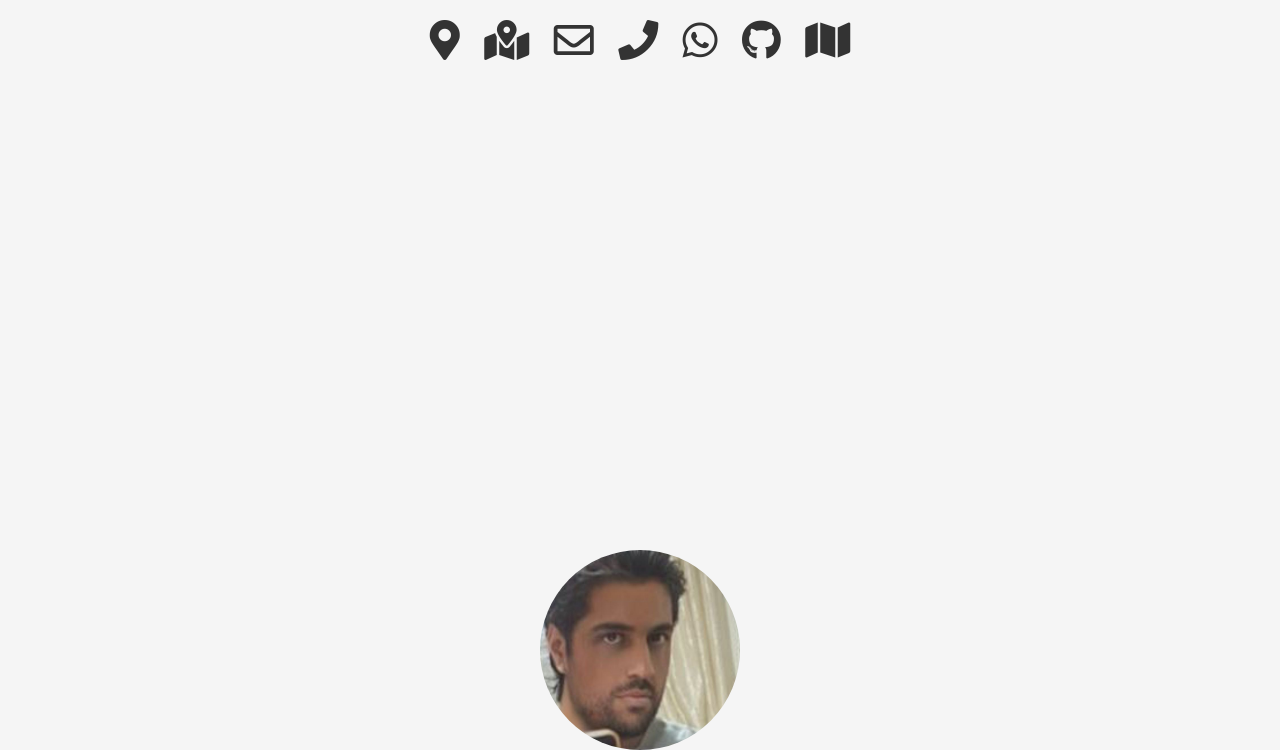
Repository: RL20/Business-Card
Page: index.html
These files come from the project's save history. The page is drawn as it stood at one moment and after the next save; the edit follows.
The browser window is 1280 px wide. The pictures show the whole page.

Above is the page before, as saved 2024-05-15 03:43:32.

### index.html
<!DOCTYPE html>
<html lang="en">
  <head>
    <meta charset="UTF-8" />
    <meta name="viewport" content="width=device-width, initial-scale=1.0" />
    <title>Contact Information</title>
    <link rel="stylesheet" href="https://cdnjs.cloudflare.com/ajax/libs/font-awesome/5.15.4/css/all.min.css" />
    <style>
      body {
        font-family: Arial, sans-serif;
        margin: 0;
        padding: 0;
        background-color: #f5f5f5;
        display: flex;
        flex-direction: column;
        align-items: center;
        /* justify-content: center; */
        justify-content: space-between;
        min-height: 100vh;
      }
      .icons {
        text-align: center;
        margin-top: 20px;
      }
      .icons i {
        font-size: 2.5rem;
        margin: 0 10px;
        color: #333;
        transition: color 0.3s;
      }
      .icons i:hover {
        color: gold;
      }
      .button-container {
        text-align: center;
        margin-bottom: 50px;
      }
      .button {
        background-color: #007bff;
        color: #fff;
        border: none;
        padding: 10px 20px;
        border-radius: 5px;
        cursor: pointer;
        font-size: 1rem;
        transition: background-color 0.3s;
      }
      .button:hover {
        background-color: #0056b3;
      }
      .profile-img {
        top: 0;
        position: absolute;
        width: 200px;
        height: 200px;
        overflow: hidden;
        border-radius: 50%;
        display: flex;
        justify-content: center;
        align-items: center;
        animation: slideDown 2s forwards; /* Apply the animation */
        margin-top: 300px;
      }
      @keyframes slideDown {
        0% {
          top: -200px; /* Start above the viewport */
        }
        100% {
          top: 250px; /* End position */
        }
      }

      .profile-img img {
        width: 100%;
        height: 100%;
        object-fit: cover;
      }
    </style>
  </head>
  <body>
    <div class="profile-img">
      <img src="./RLS.png" alt="Profile Image" />
    </div>

    <div class="icons">
      <a href="https://www.waze.com/ul?q=חטיבת הנחל 16 חדרה" target="_blank"><i class="fas fa-map-marker-alt"></i></a>
      <a href="https://www.google.com/maps?q=חטיבת הנחל 16 חדרה" target="_blank"
        ><i class="fas fa-map-marked-alt"></i
      ></a>
      <a href="mailto:harel_shalom@yahoo.com"><i class="far fa-envelope"></i></a>
      <a href="tel:0526966833"><i class="fas fa-phone"></i></a>
      <a href="https://wa.me/972526966833" target="_blank"><i class="fab fa-whatsapp"></i></a>
      <a href="https://github.com/RL20" target="_blank"><i class="fab fa-github"></i></a>
      <a href="#" onclick="openNavigationApp(); return false;"><i class="fas fa-map"></i></a>
    </div>
    <div class="button-container">
      <button class="button" onclick="downloadVCard()">הוסף איש קשר</button>
    </div>

    <script>
      function openNavigationApp() {
        var app = prompt("באיזו אפליקציה תרצה לפתוח את הניווט?\n1. וויז\n2. גוגל מפות");
        var address = encodeURI("חטיבת הנחל 16 חדרה");
        if (app === "1") {
          window.location.href = "https://www.waze.com/ul?q=" + address;
        } else if (app === "2") {
          window.location.href = "https://www.google.com/maps?q=" + address;
        } else {
          alert("אנא בחר אפליקציה חוקית.");
        }
      }

      function downloadVCard() {
        var contactName = "_RLS_הראל שלום";
        var phoneNumber = "0526966833";
        var email = "harel_shalom@yahoo.com";
        var address = 'חטיבת הנח"ל 16, חדרה';
        var website = "https://rl20.github.io/Bussines-Card/";
        var title = "RLS פיתוח תוכנה";
        var photoURL = "https://raw.githubusercontent.com/RL20/Bussines-Card/main/RLS.png";

        var vCardData =
          "BEGIN:VCARD\n" +
          "VERSION:3.0\n" +
          "FN:" +
          contactName +
          "\n" +
          "TEL;TYPE=CELL:" +
          phoneNumber +
          "\n" +
          "EMAIL:" +
          email +
          "\n" +
          "ADR;TYPE=HOME:" +
          address +
          "\n" +
          "URL:" +
          website +
          "\n" +
          "TITLE:" +
          title +
          "\n" +
          "PHOTO;VALUE=URL:" +
          photoURL +
          "\n" +
          "END:VCARD";

        var blob = new Blob([vCardData], { type: "text/vcard" });
        var url = window.URL.createObjectURL(blob);
        var a = document.createElement("a");
        a.href = url;
        a.download = "contact.vcf";
        document.body.appendChild(a);
        a.click();
        document.body.removeChild(a);
      }
    </script>
  </body>
</html>

After the next save:
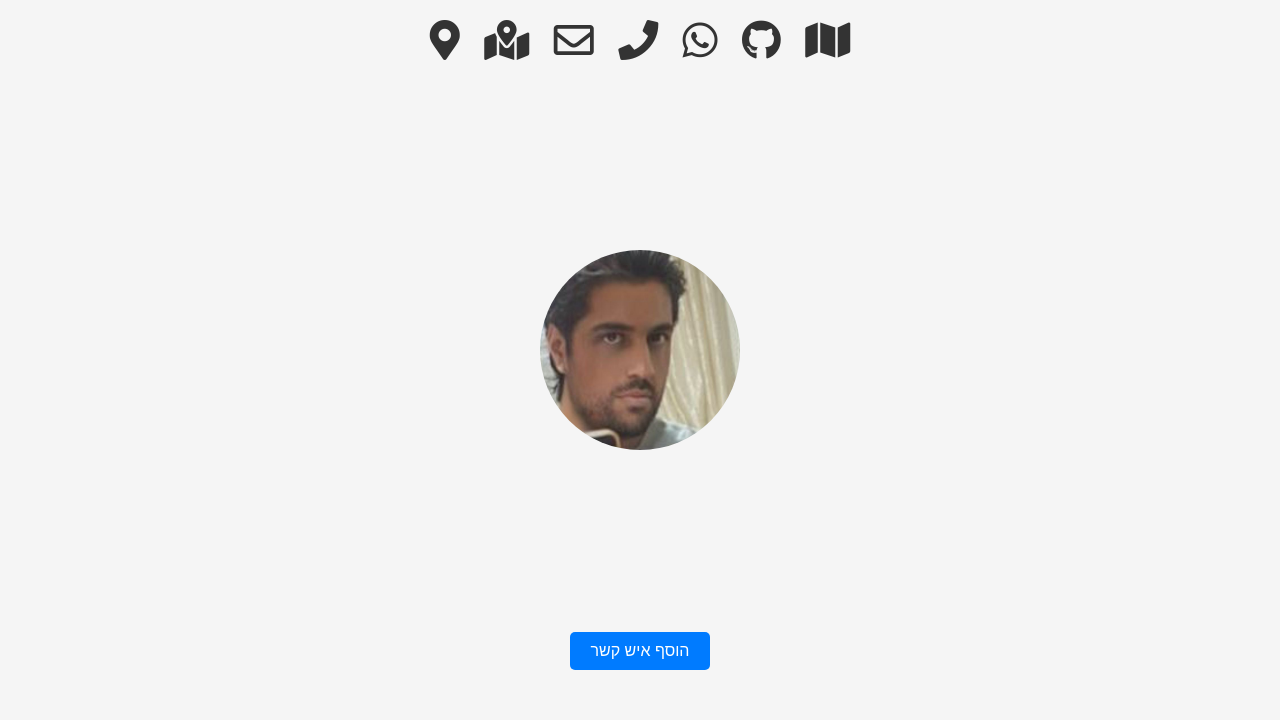
Saved 14 s later.
--- a/index.html
+++ b/index.html
@@ -59,7 +59,6 @@
         justify-content: center;
         align-items: center;
         animation: slideDown 2s forwards; /* Apply the animation */
-        margin-top: 300px;
       }
       @keyframes slideDown {
         0% {
